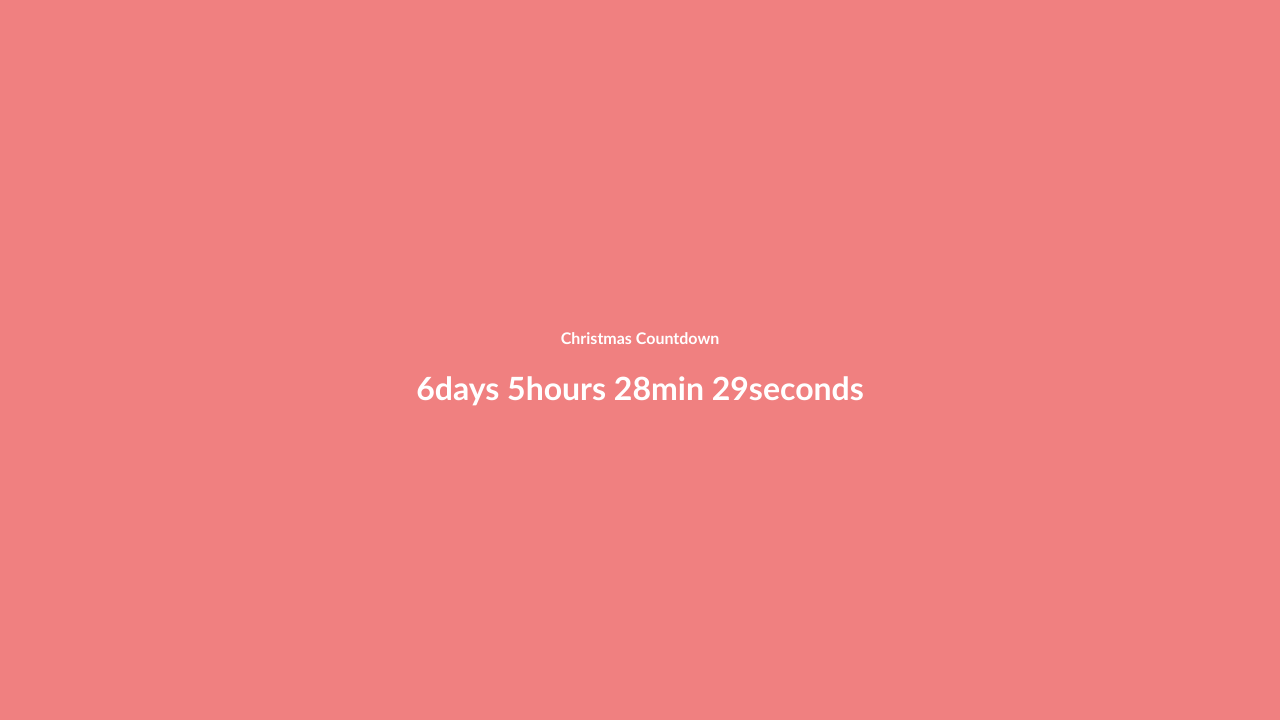
Repository: notMaximilian/countdown-timer
Page: index.html
The author's editor kept a copy of each file at every save. The page is drawn from the files as they stood at one save, then again after the next save.
The browser window is 1280 px wide. The pictures show the whole page.

Above is the page before, as saved 2021-12-18 18:52:00.

### index.html
<html lang="en">
    <head>
        <meta charset="utf-8"/>
        <title>Christmas Countdown</title>
        <link rel="stylesheet" href="styles.css"/>
    </head>
    <body>
        <h1 id="main-text">Christmas Countdown</h1>
        <h1 id="time-left"></h1>
        <script src="app.js"></script>
    </body>
</html>

### styles.css
body{
    background-color: lightcoral;
    color:white;
    text-align: center;
    padding-top: 25%;
    font-family: 'Trebuchet MS', 'Lucida Sans Unicode', 'Lucida Grande', 'Lucida Sans', Arial, sans-serif;
}

#main-text{
    font-size: 100%;
}

### app.js
const timeLeft = document.getElementById('time-left')
let timerId;
//Units of time
const second = 1000
const minute = second * 60
const hour = minute * 60
const day = hour * 24

const christmas = new Date('12/25/2021')

function countdown(){
    const today = new Date();
    const timeSpan = christmas - today;

    if(timeSpan <= -day){
        timeLeft.innerHTML("I hope you had a Merry Christmas!!!")
        clearInterval(timerId)
        return
    }

    if (timeSpan <= 0){
        timeLeft.innerHTML("Merry Christmas!!!")
        clearInterval(timerId)
        return
    }

    const days = Math.floor(timeSpan / day)
    const hours = Math.floor((timeSpan % day) / hour)
    const minutes = Math.floor((timeSpan % hour) / minute)
    const seconds = Math.floor((timeSpan % minute) / second)

    timeLeft.innerHTML = days + "days " + hours + "hours " + minutes + "min " + seconds + "seconds"

}

timerId = setInterval(countdown, second)

After the next save:
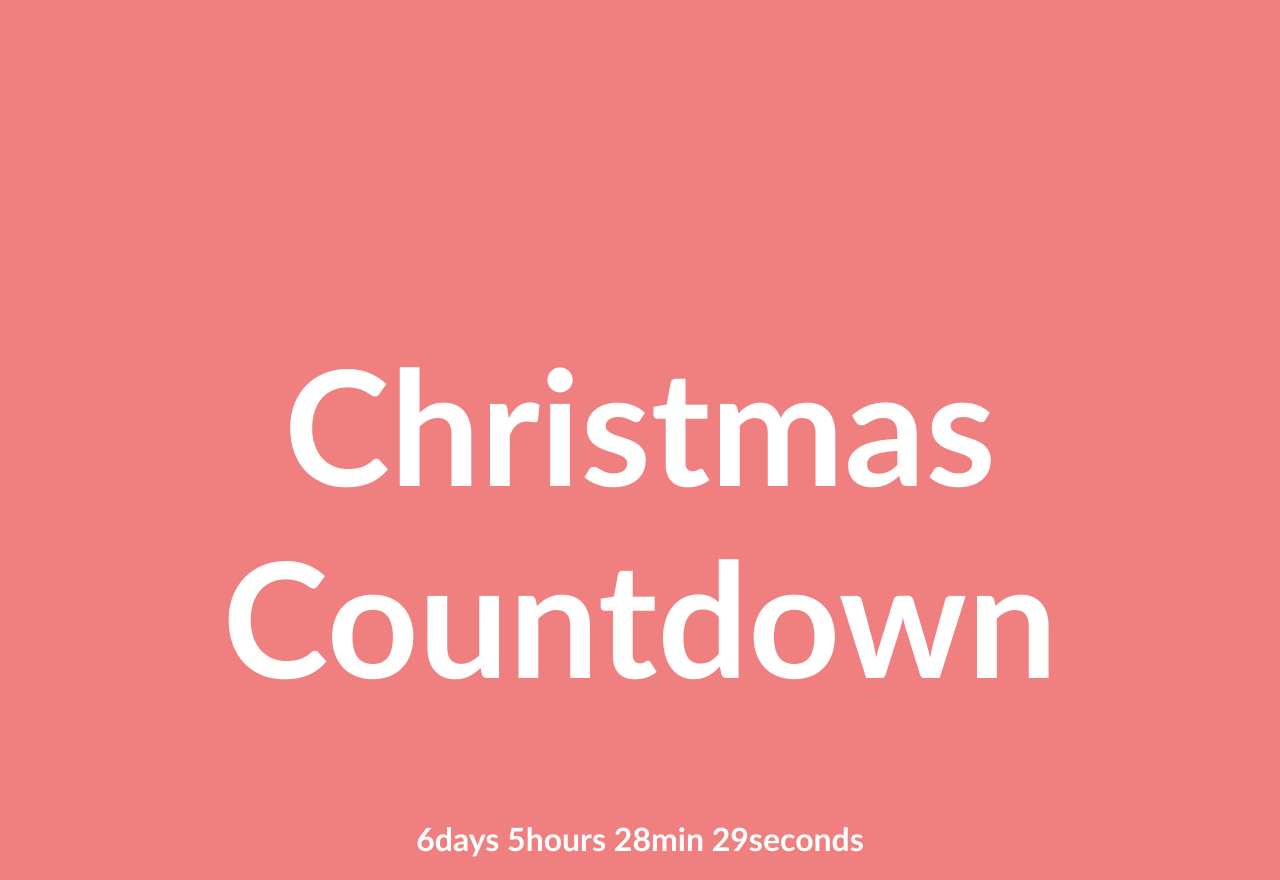
Saved 4 s later.
--- a/styles.css
+++ b/styles.css
@@ -7,5 +7,5 @@ body{
 }
 
 #main-text{
-    font-size: 100%;
+    font-size: 1000%;
 }
